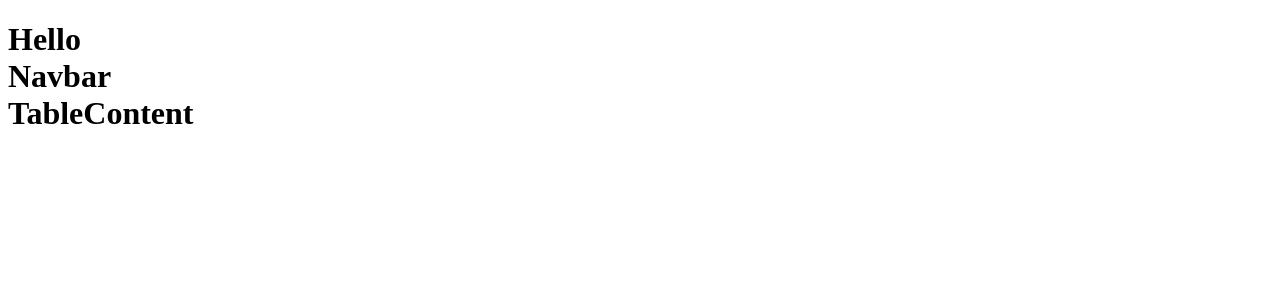
Repository: supakorn5039-boon/React-s
Page: /
The author's editor kept a copy of each file at every save. The page is drawn from the files as they stood at one save, then again after a run of saves.
The browser window is 1280 px wide. The pictures show the whole page.
The project was rebuilt for these pictures with package versions that can differ from the ones it lists, and the page was loaded fresh each time. Also part of the build but not shown: vite.config.js.

Above is the page before, as saved 2024-01-08 23:42:40.

### src/App.jsx
import Navbar from "./components/Navbar";
import TableContent from "./components/TableContent";

export default function App() {
  return (
    <h1>
      Hello
      <Navbar text="Nebula Dev" />
      <TableContent />
    </h1>
  );
}

### src/components/Navbar.jsx
export default function Navbar(props) {
  return <div>Navbar</div>;
}

### src/components/TableContent.jsx
export default function TableContent() {
  return <div>TableContent</div>;
}

Loaded but not shown: index.html (common file); src/main.jsx (common file)

After the next 4 saves:
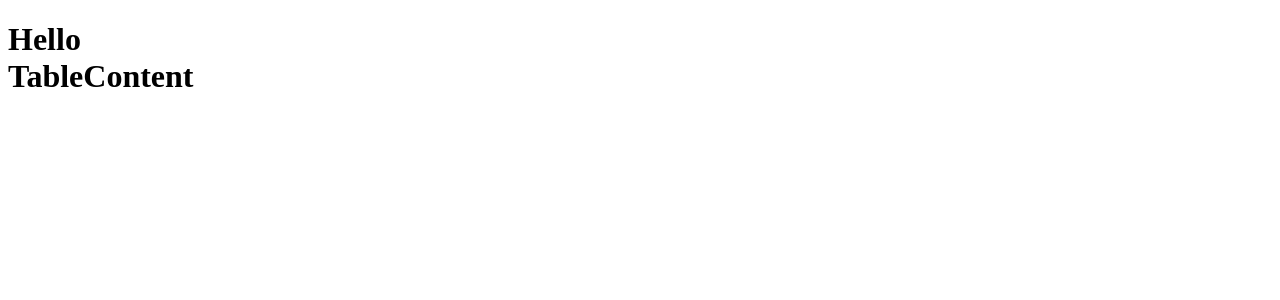
The 4 saves are shown as one change because they came seconds apart.
The last was saved 14 s later.
--- a/src/components/Navbar.jsx
+++ b/src/components/Navbar.jsx
@@ -1,3 +1,9 @@
 export default function Navbar(props) {
-  return <div>Navbar</div>;
+  return (
+    <>
+      <div>
+
+      </div>
+    </>
+  )
 }

After the save that followed:
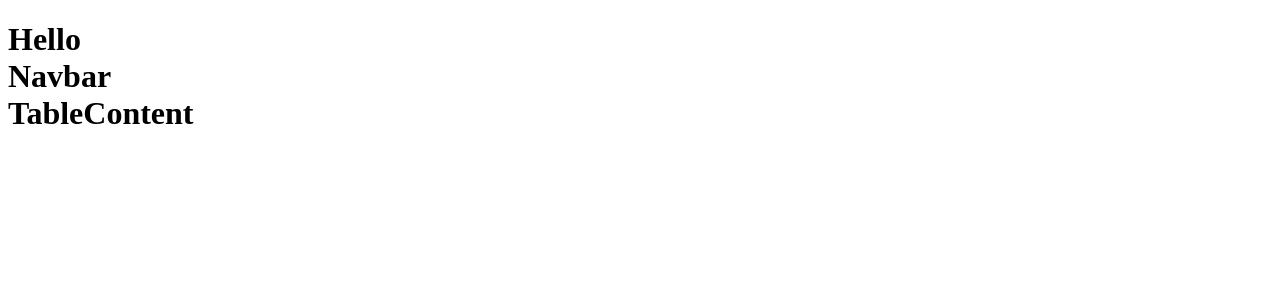
Saved 4 s later.
--- a/src/components/Navbar.jsx
+++ b/src/components/Navbar.jsx
@@ -2,7 +2,7 @@
   return (
     <>
       <div>
-
+        Navbar
       </div>
     </>
   )
